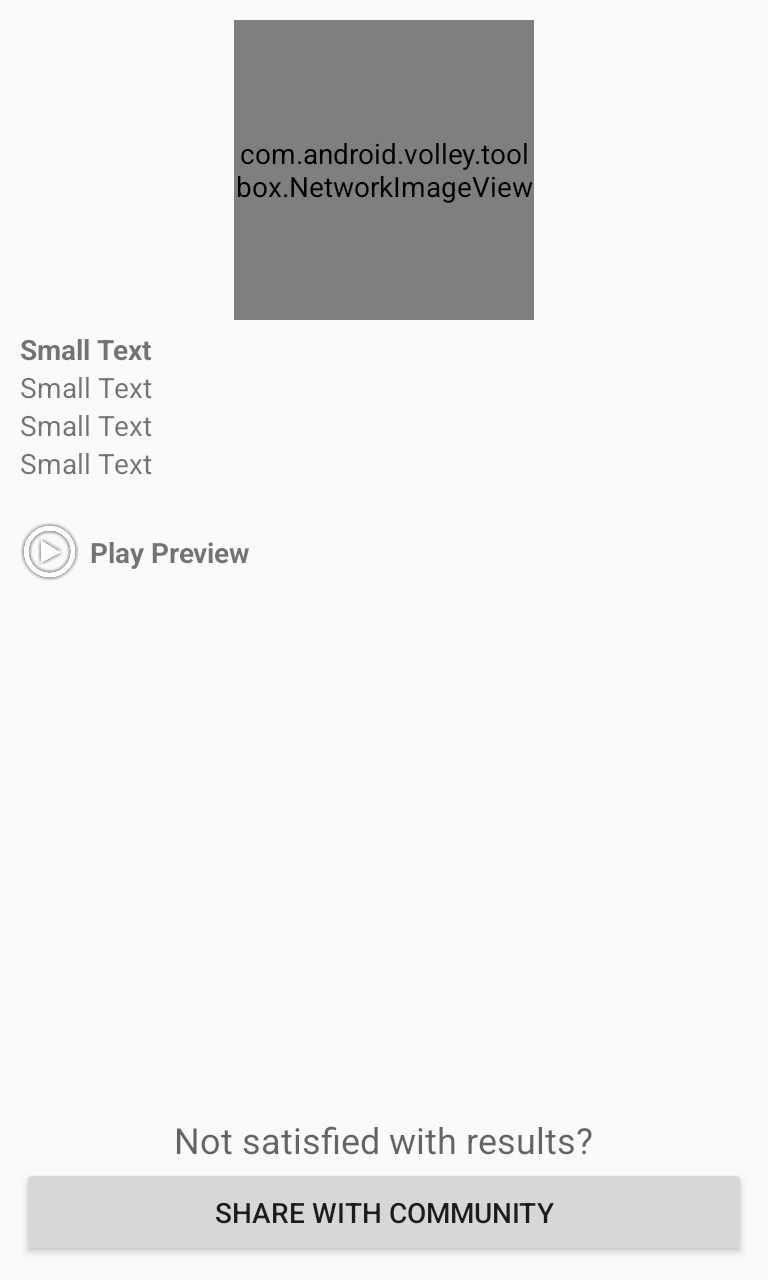
Repository: savindra/cutting-edge
Layout: Humzearch/res/layout/record_tune_result.xml
The author's editor kept a copy of each file at every save. The layout is drawn from the files as they stood at one save, then again after the next save.
Pictures or frames that could not be fetched are drawn as grey boxes. It is drawn on a 768 x 1280 px phone screen (xhdpi) without system bars, with theme AppTheme; the app's code is not run.

Above is the layout before, as saved 2015-06-15 10:31:39.

### Humzearch/res/layout/record_tune_result.xml
<?xml version="1.0" encoding="utf-8"?>
<RelativeLayout xmlns:android="http://schemas.android.com/apk/res/android"
    android:layout_width="match_parent"
    android:layout_height="match_parent"
    android:orientation="vertical" >

    <LinearLayout
        android:id="@+id/linearLayout1"
        android:layout_width="match_parent"
        android:layout_height="wrap_content"
        android:layout_margin="10dp"
        android:orientation="vertical" >

        <LinearLayout
            android:layout_width="match_parent"
            android:layout_height="wrap_content"
            android:layout_weight="0.20"
            android:gravity="center"
            android:orientation="horizontal" >

            <com.android.volley.toolbox.NetworkImageView
                android:id="@+id/imgTuneResultCover"
                android:layout_width="150dp"
                android:layout_height="150dp"
                android:src="@drawable/ic_cover_not_available" />
        </LinearLayout>

        <LinearLayout
            android:layout_width="wrap_content"
            android:layout_height="wrap_content"
            android:layout_marginTop="5dip"
            android:layout_weight="0.80"
            android:orientation="vertical" >

            <TextView
                android:id="@+id/txtTuneResultName"
                android:layout_width="wrap_content"
                android:layout_height="wrap_content"
                android:text="Small Text"
                android:textAppearance="?android:attr/textAppearanceSmall"
                android:textStyle="bold" />

            <TextView
                android:id="@+id/txtTuneResultArtist"
                android:layout_width="wrap_content"
                android:layout_height="wrap_content"
                android:text="Small Text"
                android:textAppearance="?android:attr/textAppearanceSmall" />

            <TextView
                android:id="@+id/txtTuneResultAlbum"
                android:layout_width="wrap_content"
                android:layout_height="wrap_content"
                android:text="Small Text"
                android:textAppearance="?android:attr/textAppearanceSmall" />

            <TextView
                android:id="@+id/txtTuneResultCountry"
                android:layout_width="wrap_content"
                android:layout_height="wrap_content"
                android:text="Small Text"
                android:textAppearance="?android:attr/textAppearanceSmall" />
        </LinearLayout>
    </LinearLayout>

    <LinearLayout
        android:layout_width="match_parent"
        android:layout_height="wrap_content"
        android:layout_alignParentBottom="true"
        android:layout_margin="10dp"
        android:gravity="center"
        android:orientation="vertical" >

        <TextView
            android:id="@+id/txtViewTuneItemCountry"
            android:layout_width="wrap_content"
            android:layout_height="wrap_content"
            android:text="@string/notsatisfied"
            android:textAppearance="?android:attr/textAppearanceMedium" />

        <Button
            android:id="@+id/btnTuneResultShare"
            style="?android:attr/buttonStyleSmall"
            android:layout_width="match_parent"
            android:layout_height="wrap_content"
            android:text="@string/sharewithcommunity" />
    </LinearLayout>

    <LinearLayout
        android:layout_width="match_parent"
        android:layout_height="wrap_content"
        android:layout_below="@+id/linearLayout1"
        android:layout_margin="10dp" >

        <RelativeLayout
            android:layout_width="match_parent"
            android:layout_height="wrap_content" >

            <ImageView
                android:id="@+id/imageView2"
                android:layout_width="30dp"
                android:layout_height="30dp"
                android:src="@drawable/ic_play2" />

            <TextView
                android:id="@+id/txtRecordTuneResultPlayPreview"
                android:layout_width="wrap_content"
                android:layout_height="wrap_content"
                android:layout_centerVertical="true"
                android:layout_marginLeft="5dp"
                android:layout_toRightOf="@+id/imageView2"
                android:text="@string/playpreview"
                android:textAppearance="?android:attr/textAppearanceSmall"
                android:textStyle="bold" />
        </RelativeLayout>
    </LinearLayout>

</RelativeLayout>

### Humzearch/res/values-v21/style.xml
<?xml version="1.0" encoding="utf-8"?>
<resources>
    <style name="AppTheme" parent="AppTheme.Base">
        <!-- Customize your theme using Material Design here. -->
    </style>
</resources>

### Humzearch/res/values/styles.xml
<resources>

    <!-- Base application theme. -->
    <style name="AppTheme" parent="AppTheme.Base"/>

    <style name="AppTheme.Base" parent="Theme.AppCompat.Light.DarkActionBar">
        <!-- Customize your theme here. -->

        <!-- colorPrimary is used for the default action bar background -->
        <item name="colorPrimary">@color/ColorPrimary</item>

        <!-- colorPrimaryDark is used for the status bar -->
        <item name="colorPrimaryDark">@color/ColorPrimaryDark</item>

        <!-- colorAccent is used as the default value for colorControlActivated
             which is used to tint widgets -->

        <!-- You can also set colorControlNormal, colorControlActivated
             colorControlHighlight & colorSwitchThumbNormal. -->

        <item name="homeAsUpIndicator">@drawable/ic_drawer</item>
		<item name="android:homeAsUpIndicator">@drawable/ic_drawer</item>
    </style>

    <style name="AppTheme.NoTitleBar" parent="Theme.AppCompat.Light.NoActionBar">
        <!-- Customize your theme here. -->

        <!-- colorPrimary is used for the default action bar background -->
        <item name="colorPrimary">@color/ColorPrimary</item>

        <!-- colorPrimaryDark is used for the status bar -->
        <item name="colorPrimaryDark">@color/ColorPrimaryDark</item>

        <!-- colorAccent is used as the default value for colorControlActivated
             which is used to tint widgets -->

        <!-- You can also set colorControlNormal, colorControlActivated
             colorControlHighlight & colorSwitchThumbNormal. -->
    </style>

    <style name="AppTheme.BackButton" parent="Theme.AppCompat.Light.DarkActionBar">
        <!-- Customize your theme here. -->

        <!-- colorPrimary is used for the default action bar background -->
        <item name="colorPrimary">@color/ColorPrimary</item>

        <!-- colorPrimaryDark is used for the status bar -->
        <item name="colorPrimaryDark">@color/ColorPrimaryDark</item>

        <!-- colorAccent is used as the default value for colorControlActivated
             which is used to tint widgets -->

        <!-- You can also set colorControlNormal, colorControlActivated
             colorControlHighlight & colorSwitchThumbNormal. -->
    </style>

    <style name="toolbar_bottom" parent="Widget.AppCompat.Toolbar">
    	<item name="contentInsetStart">0dp</item>
    	<item name="contentInsetEnd">0dp</item>
	</style>

</resources>

### Humzearch/res/values/color.xml
<?xml version="1.0" encoding="utf-8"?>
<resources>
    <color name="ColorPrimary">#e62117</color>
    <color name="ColorPrimaryDark">#c31c13</color>
    <color name="tabsScrollColor">#8a140e</color>
    <color name="fontblack">#000</color>

    <!-- Main menu colors -->
    <color name="list_item_title">#303030</color>
    <color name="list_background">#eee</color>
    <color name="list_background_pressed">#aaa</color>
    <color name="list_divider">#ccc</color>
    <color name="counter_text_bg">#626262</color>
    <color name="counter_text_color">#c5c4c4</color>

    <color name="button">#ccc</color>

    <color name="link">#909090</color>
    <color name="secondbar">#f5f5f5</color>
    <color name="background">#fcfcfc</color>

</resources>

### Humzearch/res/values/strings.xml
<?xml version="1.0" encoding="utf-8"?>
<resources>

    <string name="app_name">Humzearch</string>
    <string name="hello_world">Hello world!</string>
    <string name="action_settings">Settings</string>
    <string name="username">Username</string>
    <string name="email">Email</string>
    <string name="password">Password</string>
    <string name="login">Login</string>
    <string name="firstname">First Name</string>
    <string name="fullname">Full Name</string>
    <string name="firstandlast">First and Last Name</string>
    <string name="passwordhint">At least 6 characters</string>
    <string name="confirmpass">Confirm Password</string>
    <string name="logout">Logout</string>

    <!-- Nav Drawer Menu Items -->
    <string-array name="main_menu_items">
        <item >Record Tune</item>
        <item >View Tunes</item>
        <item >View Responses</item>
        <item >Rewards</item>
        <item >Messages</item>
        <item >My Account</item>
    </string-array>

    <!-- Nav Drawer List Item Icons -->
    <array name="main_menu_icons">
        <item>@drawable/ic_recordtune</item>
        <item>@drawable/ic_viewtune</item>
        <item>@drawable/ic_viewresponse</item>
        <item>@drawable/ic_reward</item>
        <item>@drawable/ic_messages</item>
        <item>@drawable/ic_myaccount</item>
    </array>

    <string name="desc_list_item_icon">Item Icon</string>

    <string name="timerstart">00:00</string>

    <string name="taptorecord">Tap to Record</string>

    <string name="playpreview">Play Preview</string>

    <string name="notsatisfied">Not satisfied with results?</string>

    <string name="sharewithcommunity">Share with Community</string>

    <!-- Language List -->
    <string-array name="language_array">
        <item>-- Not Selected --</item>
        <item>English</item>
        <item>Chinese/Mandarin</item>
        <item>Spanish</item>
        <item>Arabic</item>
        <item>Hindi</item>
        <item>Russain</item>
        <item>Sinhalese</item>
    </string-array>

    <!-- Country List -->
    <string-array name="countries_array">
        <item>-- Not Selected --</item>
	    <item>Afghanistan</item>
	    <item>Albania</item>
	    <item>Algeria</item>
	    <item>American Samoa</item>
	    <item>Andorra</item>
	    <item>Angola</item>
	    <item>Anguilla</item>
	    <item>Antarctica</item>
	    <item>Antigua and Barbuda</item>
	    <item>Argentina</item>
	    <item>Armenia</item>
	    <item>Aruba</item>
	    <item>Australia</item>
	    <item>Austria</item>
	    <item>Azerbaijan</item>
	    <item>Bahrain</item>
	    <item>Bangladesh</item>
	    <item>Barbados</item>
	    <item>Belarus</item>
	    <item>Belgium</item>
	    <item>Belize</item>
	    <item>Benin</item>
	    <item>Bermuda</item>
	    <item>Bhutan</item>
	    <item>Bolivia</item>
	    <item>Bosnia and Herzegovina</item>
	    <item>Botswana</item>
	    <item>Bouvet Island</item>
	    <item>Brazil</item>
	    <item>British Indian Ocean Territory</item>
	    <item>British Virgin Islands</item>
	    <item>Brunei</item>
	    <item>Bulgaria</item>
	    <item>Burkina Faso</item>
	    <item>Burundi</item>
	    <item>Cambodia</item>
	    <item>Cameroon</item>
	    <item>Canada</item>
	    <item>Cape Verde</item>
	    <item>Cayman Islands</item>
	    <item>Central African Republic</item>
	    <item>Chad</item>
	    <item>Chile</item>
	    <item>China</item>
	    <item>Christmas Island</item>
	    <item>Cocos (Keeling) Islands</item>
	    <item>Colombia</item>
	    <item>Comoros</item>
	    <item>Congo</item>
	    <item>Cook Islands</item>
	    <item>Costa Rica</item>
	    <item>Cote d\'Ivoire</item>
	    <item>Croatia</item>
	    <item>Cuba</item>
	    <item>Cyprus</item>
	    <item>Czech Republic</item>
	    <item>Democratic Republic of the Congo</item>
	    <item>Denmark</item>
	    <item>Djibouti</item>
	    <item>Dominica</item>
	    <item>Dominican Republic</item>
	    <item>East Timor</item>
	    <item>Ecuador</item>
	    <item>Egypt</item>
	    <item>El Salvador</item>
	    <item>Equatorial Guinea</item>
	    <item>Eritrea</item>
	    <item>Estonia</item>
	    <item>Ethiopia</item>
	    <item>Faeroe Islands</item>
	    <item>Falkland Islands</item>
	    <item>Fiji</item>
	    <item>Finland</item>
	    <item>Former Yugoslav Republic of Macedonia</item>
	    <item>France</item>
	    <item>French Guiana</item>
	    <item>French Polynesia</item>
	    <item>French Southern Territories</item>
	    <item>Gabon</item>
	    <item>Georgia</item>
	    <item>Germany</item>
	    <item>Ghana</item>
	    <item>Gibraltar</item>
	    <item>Greece</item>
	    <item>Greenland</item>
	    <item>Grenada</item>
	    <item>Guadeloupe</item>
	    <item>Guam</item>
	    <item>Guatemala</item>
	    <item>Guinea</item>
	    <item>Guinea-Bissau</item>
	    <item>Guyana</item>
	    <item>Haiti</item>
	    <item>Heard Island and McDonald Islands</item>
	    <item>Honduras</item>
	    <item>Hong Kong</item>
	    <item>Hungary</item>
	    <item>Iceland</item>
	    <item>India</item>
	    <item>Indonesia</item>
	    <item>Iran</item>
	    <item>Iraq</item>
	    <item>Ireland</item>
	    <item>Israel</item>
	    <item>Italy</item>
	    <item>Jamaica</item>
	    <item>Japan</item>
	    <item>Jordan</item>
	    <item>Kazakhstan</item>
	    <item>Kenya</item>
	    <item>Kiribati</item>
	    <item>Kuwait</item>
	    <item>Kyrgyzstan</item>
	    <item>Laos</item>
	    <item>Latvia</item>
	    <item>Lebanon</item>
	    <item>Lesotho</item>
	    <item>Liberia</item>
	    <item>Libya</item>
	    <item>Liechtenstein</item>
	    <item>Lithuania</item>
	    <item>Luxembourg</item>
	    <item>Macau</item>
	    <item>Madagascar</item>
	    <item>Malawi</item>
	    <item>Malaysia</item>
	    <item>Maldives</item>
	    <item>Mali</item>
	    <item>Malta</item>
	    <item>Marshall Islands</item>
	    <item>Martinique</item>
	    <item>Mauritania</item>
	    <item>Mauritius</item>
	    <item>Mayotte</item>
	    <item>Mexico</item>
	    <item>Micronesia</item>
	    <item>Moldova</item>
	    <item>Monaco</item>
	    <item>Mongolia</item>
	    <item>Montenegro</item>
	    <item>Montserrat</item>
	    <item>Morocco</item>
	    <item>Mozambique</item>
	    <item>Myanmar</item>
	    <item>Namibia</item>
	    <item>Nauru</item>
	    <item>Nepal</item>
	    <item>Netherlands</item>
	    <item>Netherlands Antilles</item>
	    <item>New Caledonia</item>
	    <item>New Zealand</item>
	    <item>Nicaragua</item>
	    <item>Niger</item>
	    <item>Nigeria</item>
	    <item>Niue</item>
	    <item>Norfolk Island</item>
	    <item>North Korea</item>
	    <item>Northern Marianas</item>
	    <item>Norway</item>
	    <item>Oman</item>
	    <item>Pakistan</item>
	    <item>Palau</item>
	    <item>Panama</item>
	    <item>Papua New Guinea</item>
	    <item>Paraguay</item>
	    <item>Peru</item>
	    <item>Philippines</item>
	    <item>Pitcairn Islands</item>
	    <item>Poland</item>
	    <item>Portugal</item>
	    <item>Puerto Rico</item>
	    <item>Qatar</item>
	    <item>Reunion</item>
	    <item>Romania</item>
	    <item>Russia</item>
	    <item>Rwanda</item>
	    <item>Sqo Tome and Principe</item>
	    <item>Saint Helena</item>
	    <item>Saint Kitts and Nevis</item>
	    <item>Saint Lucia</item>
	    <item>Saint Pierre and Miquelon</item>
	    <item>Saint Vincent and the Grenadines</item>
	    <item>Samoa</item>
	    <item>San Marino</item>
	    <item>Saudi Arabia</item>
	    <item>Senegal</item>
	    <item>Serbia</item>
	    <item>Seychelles</item>
	    <item>Sierra Leone</item>
	    <item>Singapore</item>
	    <item>Slovakia</item>
	    <item>Slovenia</item>
	    <item>Solomon Islands</item>
	    <item>Somalia</item>
	    <item>South Africa</item>
	    <item>South Georgia and the South Sandwich Islands</item>
	    <item>South Korea</item>
	    <item>South Sudan</item>
	    <item>Spain</item>
	    <item>Sri Lanka</item>
	    <item>Sudan</item>
	    <item>Suriname</item>
	    <item>Svalbard and Jan Mayen</item>
	    <item>Swaziland</item>
	    <item>Sweden</item>
	    <item>Switzerland</item>
	    <item>Syria</item>
	    <item>Taiwan</item>
	    <item>Tajikistan</item>
	    <item>Tanzania</item>
	    <item>Thailand</item>
	    <item>The Bahamas</item>
	    <item>The Gambia</item>
	    <item>Togo</item>
	    <item>Tokelau</item>
	    <item>Tonga</item>
	    <item>Trinidad and Tobago</item>
	    <item>Tunisia</item>
	    <item>Turkey</item>
	    <item>Turkmenistan</item>
	    <item>Turks and Caicos Islands</item>
	    <item>Tuvalu</item>
	    <item>Virgin Islands</item>
	    <item>Uganda</item>
	    <item>Ukraine</item>
	    <item>United Arab Emirates</item>
	    <item>United Kingdom</item>
	    <item>United States</item>
	    <item>United States Minor Outlying Islands</item>
	    <item>Uruguay</item>
	    <item>Uzbekistan</item>
	    <item>Vanuatu</item>
	    <item>Vatican City</item>
	    <item>Venezuela</item>
	    <item>Vietnam</item>
	    <item>Wallis and Futuna</item>
	    <item>Western Sahara</item>
	    <item>Yemen</item>
	    <item>Yugoslavia</item>
	    <item>Zambia</item>
	    <item>Zimbabwe</item>
 	</string-array>
	    <string name="artist">Artist</string>
	    <string name="language">Language</string>
	    <string name="country">Country</string>
	    <string name="year">Year</string>
	    <string name="share">Share</string>
	    <string name="playtune">Play Tune</string>
	    <string name="addresponse">ADD RESPONSE</string>
	    <string name="title">Title</string>
	    <string name="alltunes">All Tunes</string>
	    <string name="mytunes">My Tunes</string>

</resources>

### Humzearch/res/values/dimens.xml
<resources>

    <!-- Default screen margins, per the Android Design guidelines. -->
    <dimen name="activity_horizontal_margin">16dp</dimen>
    <dimen name="activity_vertical_margin">16dp</dimen>
    <dimen name="fontsize">18sp</dimen>

    <dimen name="title">17dp</dimen>
    <dimen name="rating">15dip</dimen>
    <dimen name="genre">13dip</dimen>
    <dimen name="year">12dip</dimen>

</resources>

After the next save:
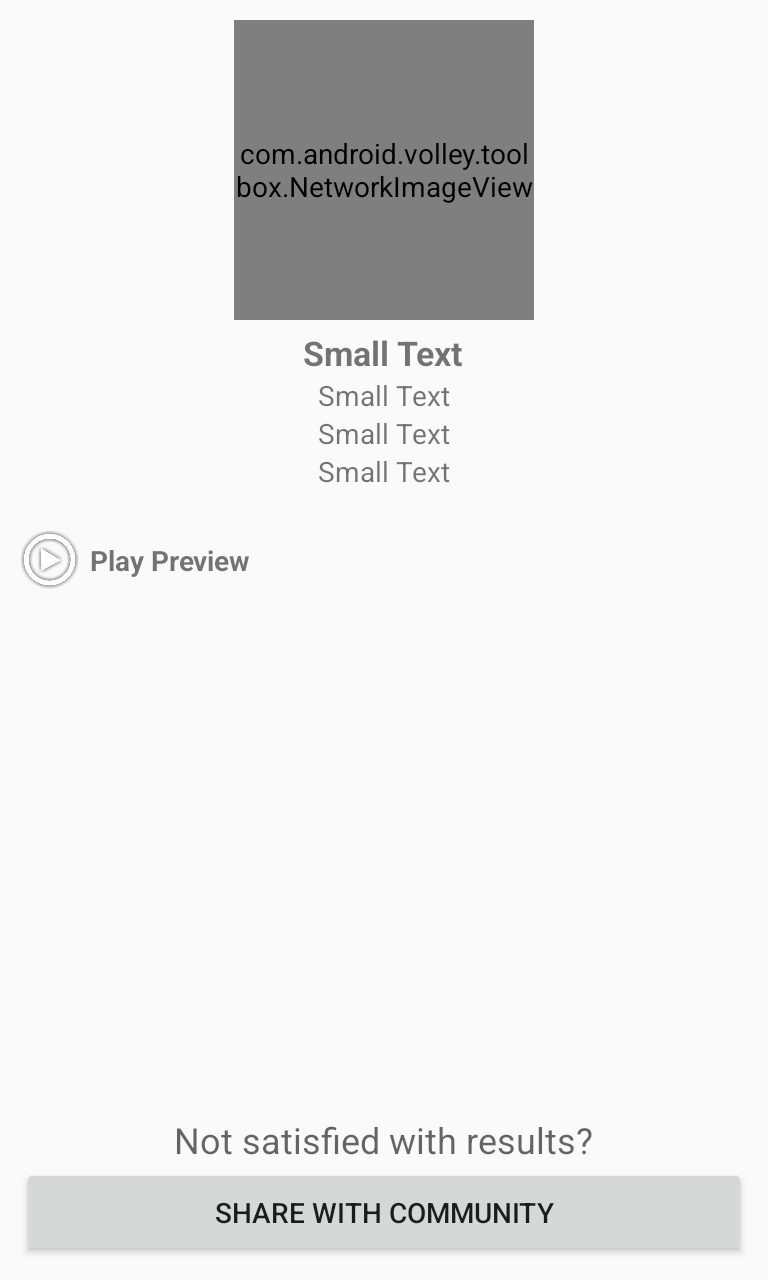
Saved 95 s later.
--- a/Humzearch/res/layout/record_tune_result.xml
+++ b/Humzearch/res/layout/record_tune_result.xml
@@ -26,10 +26,11 @@
         </LinearLayout>
 
         <LinearLayout
-            android:layout_width="wrap_content"
+            android:layout_width="match_parent"
             android:layout_height="wrap_content"
             android:layout_marginTop="5dip"
             android:layout_weight="0.80"
+            android:gravity="center"
             android:orientation="vertical" >
 
             <TextView
@@ -38,7 +39,8 @@
                 android:layout_height="wrap_content"
                 android:text="Small Text"
                 android:textAppearance="?android:attr/textAppearanceSmall"
-                android:textStyle="bold" />
+                android:textStyle="bold"
+                android:textSize="@dimen/title"/>
 
             <TextView
                 android:id="@+id/txtTuneResultArtist"
